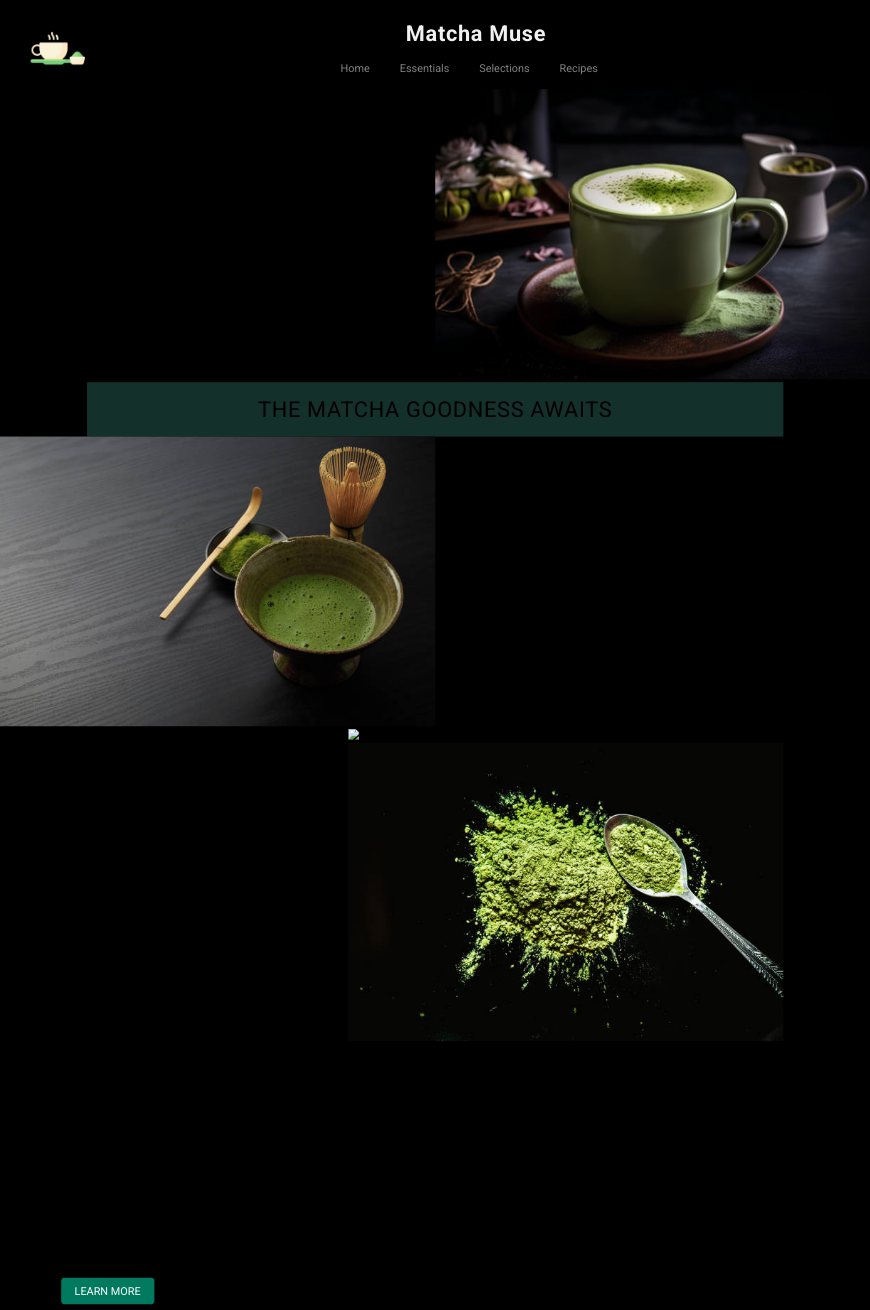
Repository: ericazz17/matchawebsite
Page: main.html
These files come from the project's save history. The page is drawn as it stood at one moment and after the next save; the edit follows.
The browser window is 1280 px wide. The pictures show the whole page, at 68% of full size.

Above is the page before, as saved 2023-09-20 04:22:53.
Not found: images/farm.jpg

### main.html
<!DOCTYPE html>
<html>
<head>
    <title>Matcha Muse</title>
    <link rel="stylesheet" type="text/css" href="main.css">
    <link rel="preconnect" href="https://fonts.googleapis.com">
    <link rel="preconnect" href="https://fonts.gstatic.com" crossorigin>
    <link href="https://fonts.googleapis.com/css2?family=Roboto:wght@400;700&display=swap" rel="stylesheet">
</head>

<body>
    <header class="header">

        <div class="header-container">
            <div id="icon-container">
                <img class="header-icon" src="images/header-icon.png">
            </div>
            <div id="header-name">
                <h1>Matcha Muse</h1>
            </div>
        </div>

        <nav class="topbar">
            <div class="topbardiv">
                <a class="button" href="#home">Home</a>
                <a class="button" href="#essentials">Essentials</a>
                <a class="button" href="#selections">Selections</a>
                <a class="button" href="#recipes">Recipes</a>
            </div>
        </nav>
    </header>

    <div class="center-body">
        <div class="center-text">
            <h2>Welcome to the World of Matcha!</h2>
            <h3>Experience the enchanting world of matcha tea like never before. Discover the rich history, exquisite flavors, and countless health benefits of this green elixir.</h3>
        </div>

        <div class="center-img">
            <img id="matcha-image" src="images/matcha-body.jpeg">
        </div>
    </div>

    <div class="separation-bar">
        <h2 id="separation-text">The Matcha Goodness Awaits</h2>
    </div>


        <div class="bottom-first">
            <div class="bottom-first-img">
                <img id="bf1-img" src="images/matcha-powder.jpeg">
            </div>
            <div class="bottom-first-text">
                <h2 id="bottom-first-h2">A Matcha Lesson</h2>
                <h3 id="bottom-first-h3">Matcha is a vibrant green tea known for its finely ground powder form and unique preparation method. It's prized for its rich cultural history, impressive health benefits, and the calming ritual it offers.</h3>
            </div>
            <div style="clear: both;"></div>
        </div>


        <div class="bottom-second">
            <div class="bottom-second-text">
                <h2>History of Matcha</h2>
                <h3>"Matcha originated in China and was later embraced by Japanese Zen monks for its meditative and concentration-enhancing qualities. It became integral to Japanese tea ceremonies, evolving into a symbol of artistry and refinement. Today, matcha is celebrated globally for its vibrant green hue, unique flavor, and health benefits."</h3>
            </div>

            <div class="bottom-second-img">
                <img id="b2img" src="images/farm.jpg">

            </div>
        </div>


        <div class="bottom-third">

            <div class="bottom-third-img">
                <img id="bf3-img" src="images/dark-powder.jpeg">
            </div>


            <div class="bottom-third-text">
                <h2>Benefits of Drinking Matcha</h2>
                    <div class="benefit-lists">
                        <ul class="benefit-list1">
                            <li>Rich in Antioxidants</li>
                            <li>Enhanced Concentration</li>
                            <li>Natural Energy Boost</li>
                            <li>Metabolism Support</li>
                            <li>Enhanced Mood</li>
                            <li>Natural Relaxation</li>
                            <li>Alkalizing Properties</li>
                            <li>Improved Oral Health</li>

                        </ul>

                        <ul class="benefit-list2">
                            <li>Detoxification</li>
                            <li>Improved Skin Health</li>
                            <li>Enhanced Mood</li>
                            <li>Metabolism Support</li>
                            <li>Heart Health</li>
                            <li>Enhanced Endurance</li>
                            <li>Strengthened Immune System</li>
                            <li>Healthy Blood Sugar Levels</li>
                        </ul>
                    </div>

                    <div class="learn-more-container">
                        <a href="https://matcha.com/pages/matcha-health-benefits" target="_blank" class="learn-more-button">LEARN MORE</a>
                    </div>


            </div>

            <div style="clear: both;"></div>
        </div>









</body>
</html>

### main.css
body {
    background-color: black;
    width: 100%;
    margin-left: 0px;
    margin-right: 0px;
    margin-top: 0px;
    padding: 0px;
}

.header {
    position: sticky;
    top: 0;
    background-color: black;
    color: #f1f1f1;
    padding: 10px;
  }

.header-container{
    max-width: 100%;
    width: 100%;
    text-align: center;
    margin-top: 0px;
    padding: 0px;

}

#header-name{
    text-align: center;
}


h1 {
    font-family: 'Roboto', sans-serif;
    font-size:px;
    letter-spacing: 1px;
}

h2 {
    font-family: 'Roboto', sans-serif;
    font-size:3vw;
    letter-spacing: 1px;
}


h3 {
    font-family: sans-serif;
    font-size:1.5vw;
    letter-spacing: 1px;
    font-weight: 300;
}

#icon-container{
    width: 100px;
    float: left;
    vertical-align: top;
    padding-left: 20px;
}
.header-icon{
    display:flex;
    height:80px;
    margin-left: 15px;
    flex:1;
}
.topbar {

    height: 30px;
    text-align: center;
}
.button {
    color: gray;
    font-family: 'Roboto', sans-serif;
    padding: 10px;
    margin-right: 20px;

}

a {
    text-decoration: none;
}

.button:hover {
    color: white;
    border-color: rgb(61, 35, 13);
    border-width: 1px;
    border-style: solid;
    border-radius: 5px;
}

.button:active {
    color: white;
    border-color: rgb(61, 35, 13);
    border-width: 1px;
    border-style: solid;
    border-radius: 5px;
}

.center-body, .bottom-first, .bottom-second, .bottom-third {
    width: 100%;
    margin-left: auto;
    margin-right:auto;
}

.center-text{
    display: block;
    width: 30%;
    float: left;
    padding-left: 10%;
    padding-right: 10%;
    font-family: 'Roboto', sans-serif;
    padding-top: 3%;
}

.bottom-first-text {
    display: block;
    width: 30%;
    float: left;
    padding-left: 5%;
    padding-right: 5%;
    font-family: 'Roboto', sans-serif;
    padding-top: 8%;
}

.bottom-second-text {
    display: block;
    width: 30%;
    float: left;
    padding-left: 5%;
    padding-right: 5%;
    font-family: 'Roboto', sans-serif;
    padding-top: 8%;
}


.bottom-third-text {
    display: block;
    width: 40%;
    float: left;
    padding-left: 5%;
    padding-right: 2%;
    font-family: 'Roboto', sans-serif;
    padding-top: 4%;

}

.benefit-lists {
    display: flex;
    justify-content: space;
}

.benefit-list1, .benefit-list2 {
    width: 45%; /* Adjust this value as needed */
  }

.center-img, .bottom-first-img, .bottom-second-img, .bottom-third-img{
    width: 50%;
    float: left;
    background-size: 100% 100%;
}

.center-img img {
    width: 100%;
    height: 100%;
    display:inline-block;
}

.bottom-first-img img {
    width: 100%;
    height: auto;
    display:inline-block;
}

.bottom-second-img img {
    width: 100%;
    height: auto;
    display:inline-block;
}
.bottom-third-img img {
    width: 100%;
    height: auto;
    display:inline-block;
}



.separation-bar {
    background-color: rgb(19, 48, 43);
    display: flex;
    align-items: center;
    justify-content: center;
    height: 80px;
    width: 80%;
    margin-left: 10%;
    margin-right:10%;
  }

  #separation-text {
    font-size:2.5vw;
    text-transform: uppercase;
    font-family: 'roboto',Arial, Helvetica, sans-serif;
    font-weight:100;
  }

  .learn-more-button {
    background-color: #007A5F;
    padding: 10px 20px;
    text-decoration: none;
    color: white;
    border: none;
    text-align: center;
    display: inline-block;
    border-radius: 5px;
}

.learn-more-container {
    margin-left: 5%;
}

After the next save:
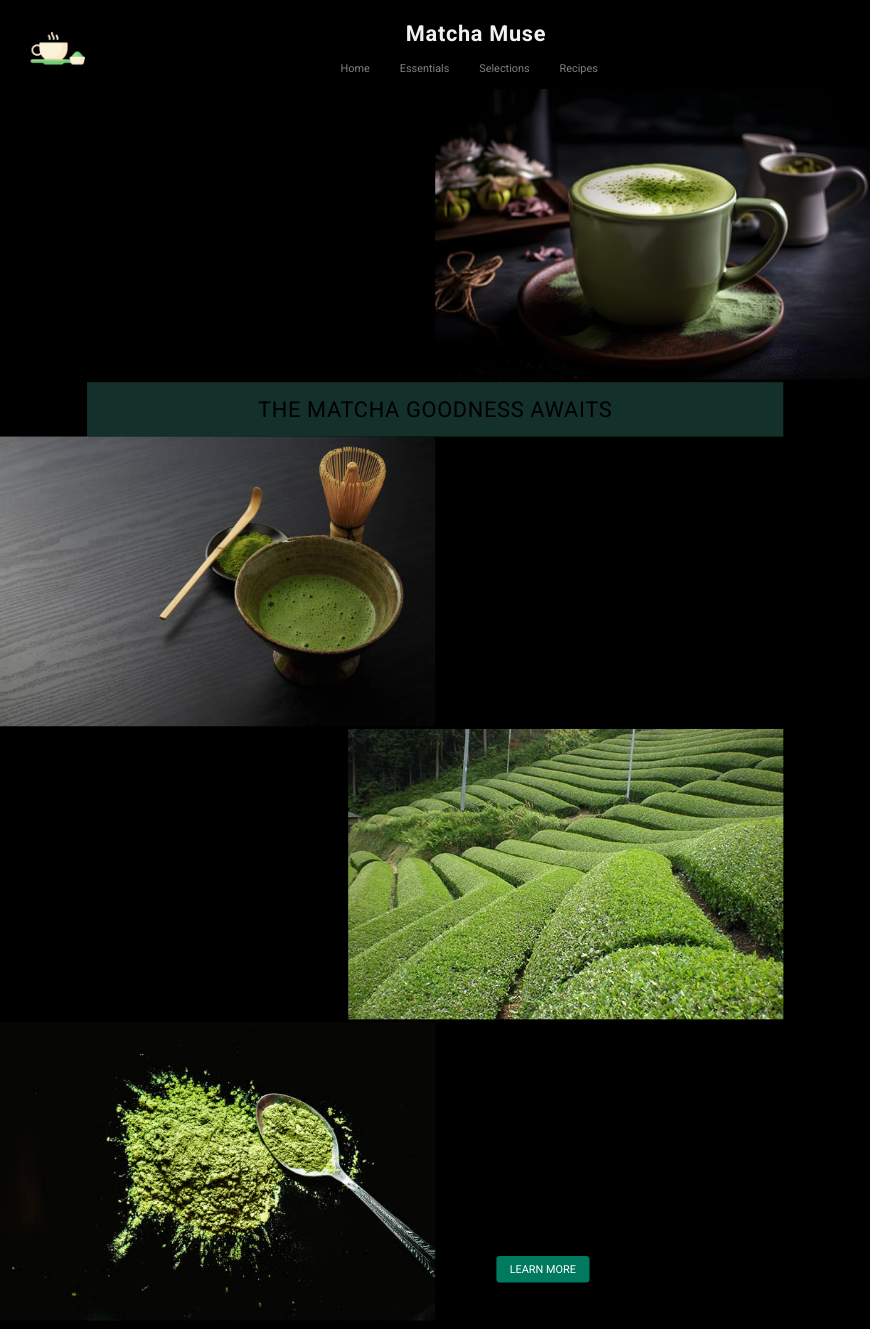
Saved 61 s later.
--- a/main.html
+++ b/main.html
@@ -65,7 +65,7 @@
             </div>
 
             <div class="bottom-second-img">
-                <img id="b2img" src="images/farm.jpg">
+                <img id="b2img" src="images/farm.jpeg">
 
             </div>
         </div>
